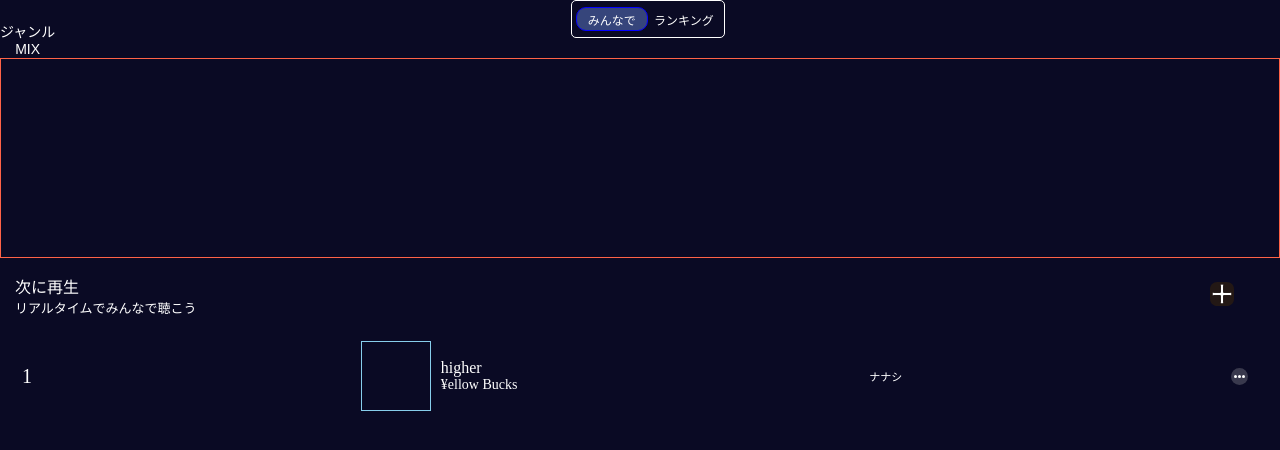
Repository: FujieRyou/2024_team
Page: /LoggedIn
The author's editor kept a copy of each file at every save. The page is drawn from the files as they stood at one save, then again after the next save.
The browser window is 1280 px wide. The pictures show the whole page.
The project was rebuilt for these pictures with package versions that can differ from the ones it lists, and the page was loaded fresh each time. The framework's server and built-in components were replaced by stand-ins that run in the browser. Also part of the build but not shown: next.config.js.

Above is the page before, as saved 2024-01-11 12:26:25.

After the next save:
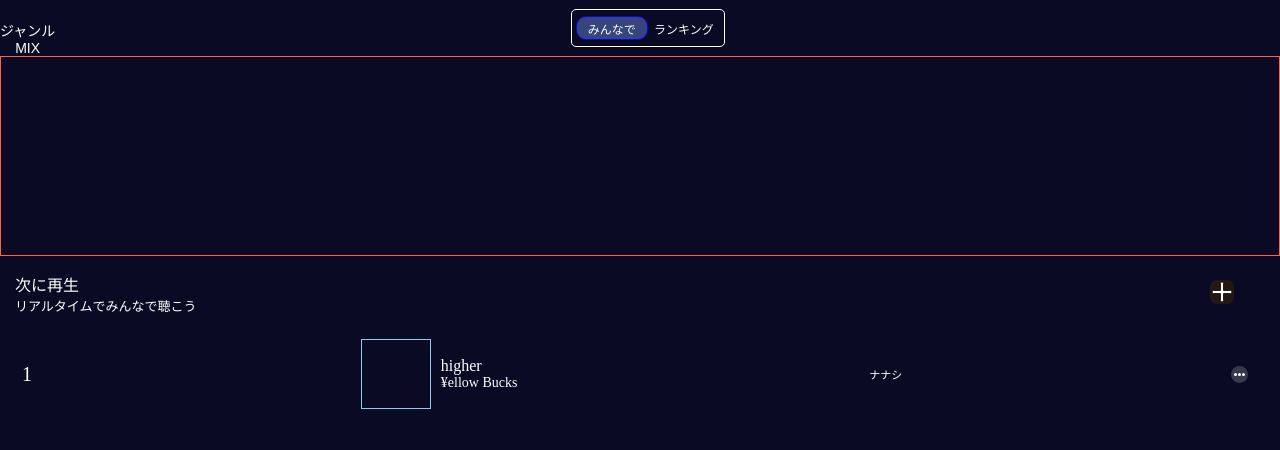
Saved 17 s later.
--- a/src/styles/index.css
+++ b/src/styles/index.css
@@ -198,7 +198,6 @@ header{
     border-radius: 5px;
     margin: 0 auto;
     text-align: center;
-    margin-bottom: 20px;
     padding: 3px 4px;
 }
 
